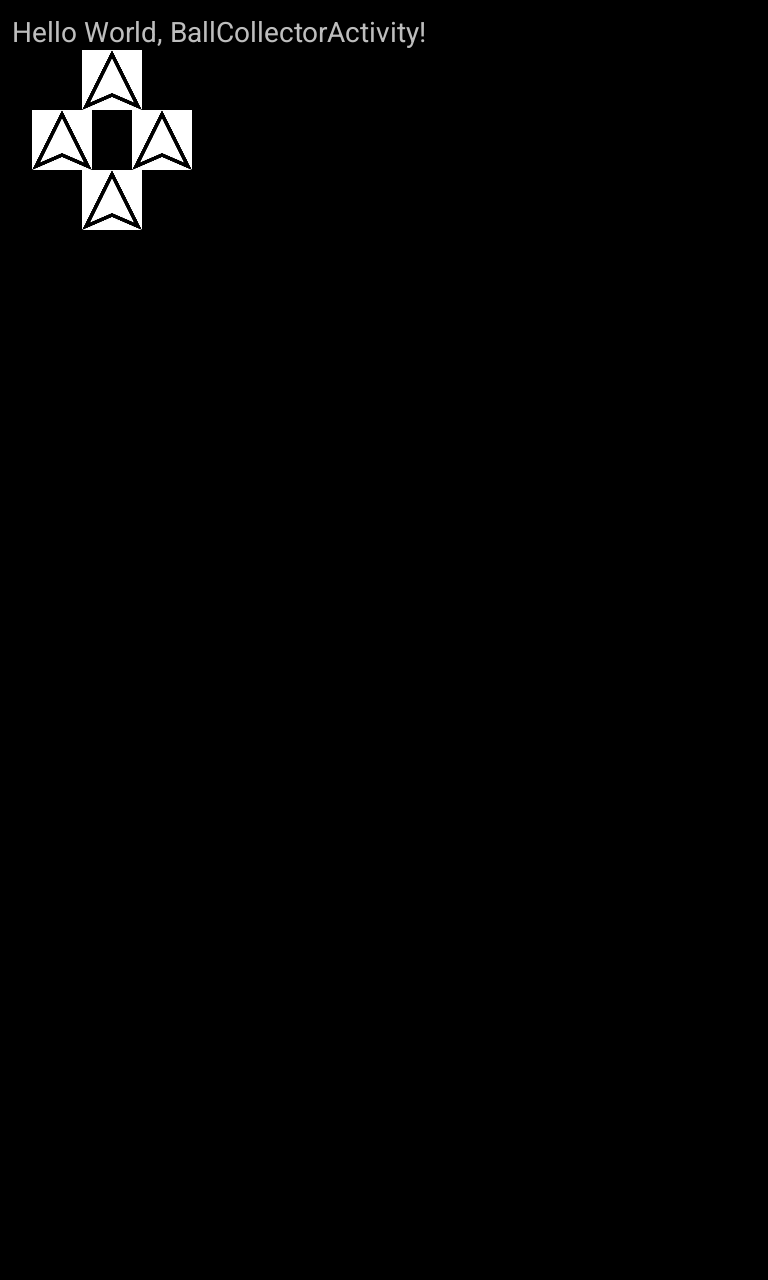
Repository: mintuhouse/AndroidBasedTennisBallCollector_group14_cs308_2012
Layout: android/RemoteTennisBallCollector/res/layout/main.xml
An editor plug-in stored every save of this project. The layout is shown before and after the next save, followed by the edit.
It is drawn on a 768 x 1280 px phone screen (xhdpi) without system bars, with theme android:Theme; the app's code is not run.

Above is the layout before, as saved 2012-04-07 14:24:19.

### android/RemoteTennisBallCollector/res/layout/main.xml
<?xml version="1.0" encoding="utf-8"?>
<LinearLayout xmlns:android="http://schemas.android.com/apk/res/android"
    android:layout_width="fill_parent"
    android:layout_height="fill_parent"
    android:orientation="vertical"
    android:padding="6dip">

    <TextView xmlns:android="http://schemas.android.com/apk/res/android"
		android:id="@+id/textview"
		android:layout_width="fill_parent"
		android:layout_height="wrap_content"
		android:text="@string/hello"
	/>

<!--
    <WebView
        xmlns:android="http://schemas.android.com/apk/res/android"
        android:id="@+id/VideoFrameView"
        android:layout_width="300dp"
        android:layout_height="210dp"
        android:padding="100dip" />
-->
	<ImageView
        android:id="@+id/imgView"
        android:contentDescription="@string/liveimg"
        android:layout_width="fill_parent"
        android:layout_height="wrap_content"
    />


    <LinearLayout
        android:id="@+id/JoyStick"
        android:orientation="vertical"
       	android:layout_width="100dp"
       	android:layout_height="100dp"
       	>
       	<ImageButton
       	   	android:id="@+id/upbutton"
       	   	android:contentDescription="@string/uparrow"
       	 	android:layout_width="30dp"
       	 	android:layout_height="30dp"
       	 	android:layout_marginLeft="35dp"
       	 	android:background="@drawable/joystick"
       	 />
       	<LinearLayout
       	    android:orientation="horizontal"
       	    android:layout_width="match_parent"
       	    android:layout_height="30dp"
       	    >
       	    <ImageButton
	       	   	android:id="@+id/leftbutton"
	       	   	android:contentDescription="@string/leftarrow"
	       	 	android:layout_width="30dp"
	       	 	android:layout_height="30dp"
	       	 	android:layout_marginLeft="10dp"
	       	 	android:background="@drawable/joystick"
	       	 />
       	    <ImageButton
	       	   	android:id="@+id/rightbutton"
	       	   	android:contentDescription="@string/rightarrow"
	       	 	android:layout_width="30dp"
	       	 	android:layout_height="30dp"
	       	 	android:layout_marginLeft="20dp"
	       	 	android:background="@drawable/joystick"
	       	 />
       	</LinearLayout>
        <ImageButton
       	   	android:id="@+id/downbutton"
       	   	android:contentDescription="@string/downarrow"
       	 	android:layout_width="30dp"
       	 	android:layout_height="30dp"
       	 	android:layout_marginLeft="35dp"
       	 	android:background="@drawable/joystick"
       	 />
    </LinearLayout>


</LinearLayout>

### android/RemoteTennisBallCollector/res/values/strings.xml
<?xml version="1.0" encoding="utf-8"?>
<resources>

    <string name="hello">Hello World, BallCollectorActivity!</string>
    <string name="app_name">TennisBallCollector</string>
    <string name="liveimg">Live Image</string>
    <string name="uparrow">Up</string>
    <string name="downarrow">Down</string>
    <string name="leftarrow">Left</string>
    <string name="rightarrow">Right</string>

</resources>

### android/RemoteTennisBallCollector/res/drawable-hdpi/joystick.xml
<?xml version="1.0" encoding="utf-8"?>
<selector xmlns:android="http://schemas.android.com/apk/res/android"
    android:id="@+id/uparrow"
    >
     <item android:state_pressed="true"
           android:drawable="@drawable/uparrow_pressed" /> <!-- pressed -->
     <item android:drawable="@drawable/uparrow_normal" /> <!-- default -->
</selector>

After the next save:
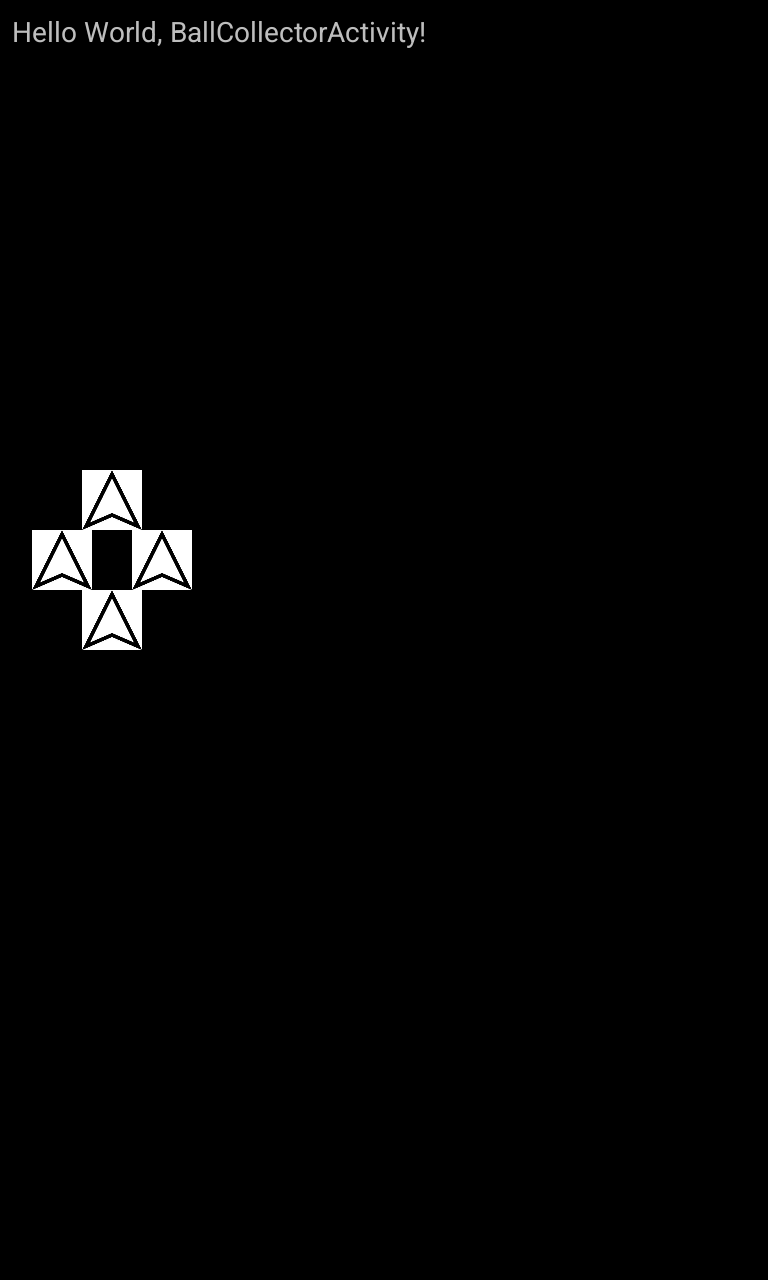
Saved 53 s later.
--- a/android/RemoteTennisBallCollector/res/layout/main.xml
+++ b/android/RemoteTennisBallCollector/res/layout/main.xml
@@ -23,8 +23,8 @@
 	<ImageView
         android:id="@+id/imgView"
         android:contentDescription="@string/liveimg"
-        android:layout_width="fill_parent"
-        android:layout_height="wrap_content"
+        android:layout_width="300dp"
+        android:layout_height="210dp"
     />
 
 
